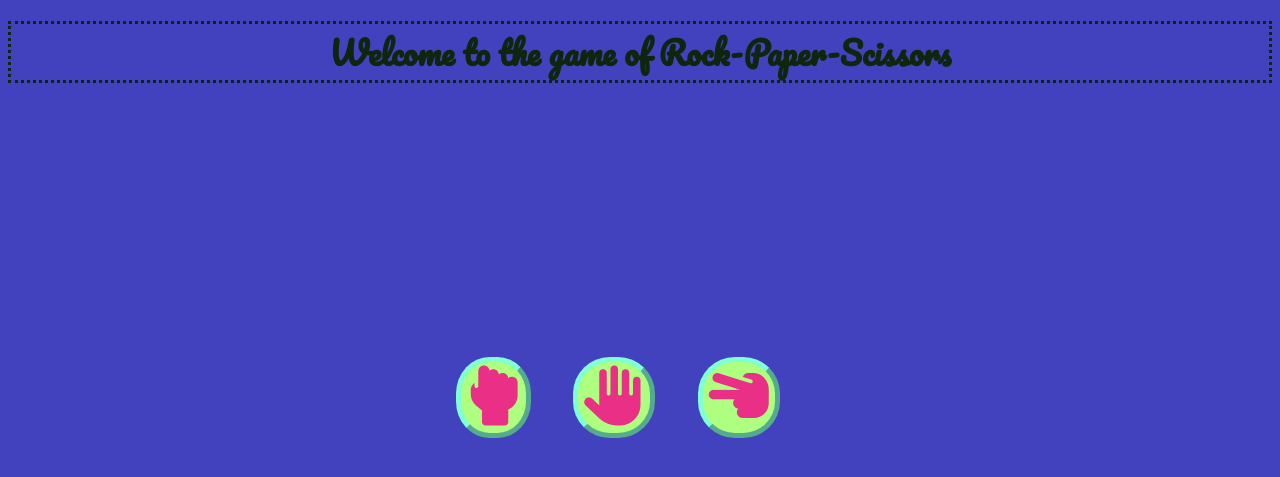
Repository: 0101chaitanya/Rock-Paper-Scissors
Page: index.html
An editor plug-in stored every save of this project. The page is shown before and after the next save, followed by the edit.
The browser window is 1280 px wide. The pictures show the whole page.
Some web libraries are served in a nearby version.

Above is the page before, as saved 2021-05-14 17:31:11.
Not found: linkk.js

### index.html
<!DOCTYPE html>
<html>

<head>
    <meta charset="utf-8">
    <title>Rock-Paper-Scissors</title>
    <link rel="stylesheet" href="style.css">
    <script src="https://kit.fontawesome.com/3dcaf9f6de.js" crossorigin="anonymous"></script>
    <link rel="preconnect" href="https://fonts.gstatic.com">
    <link href="https://fonts.googleapis.com/css2?family=Pacifico&display=swap" rel="stylesheet">
</head>

<body>
    <h1>Welcome to the game of Rock-Paper-Scissors</h1>
    <div>
        <button class="square" id="holder1" href="#"><i class="fas fa-hand-rock"></i></button>

        <button class="square" id="holder2" href="#"><i class="fas fa-hand-paper"></i></button>

        <button class="square" id="holder3" href="#"><i class="fas fa-hand-scissors"></i></button>
    </div>
    <script type="text/javascript" src="linkk.js"></script>
</body>

</html>

### style.css
html{
   margin: 0;
       font-family: 'Pacifico', cursive;
background-color:rgb(66, 66, 190);
    }
   h1  {
       text-align: center;
     border-style:dotted;
     color:rgb(15, 37, 12) ;
    }
.square{
    background-color: rgb(174, 255, 127);
    font-size: 60px;
    display: inline-block;
color: rgb(233, 47, 134);
border-radius: 45%;
border-width: 5px;
border-color:aquamarine
}
#holder1 {
position: relative;
top: 35vh;
left :35vw;
}
#holder2 {
position: relative;
top: 35vh;
left :38vw;
}
#holder3 {
position: relative;
top: 35vh;
left :41vw;
}

After the next save:
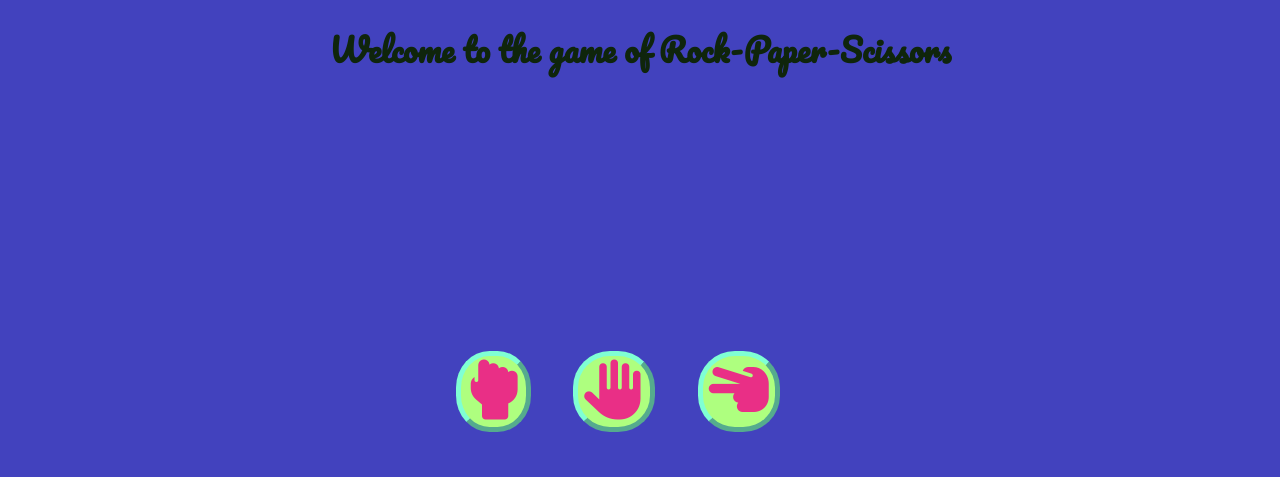
Saved 15 s later.
--- a/style.css
+++ b/style.css
@@ -5,7 +5,6 @@ background-color:rgb(66, 66, 190);
     }
    h1  {
        text-align: center;
-     border-style:dotted;
      color:rgb(15, 37, 12) ;
     }
 .square{
